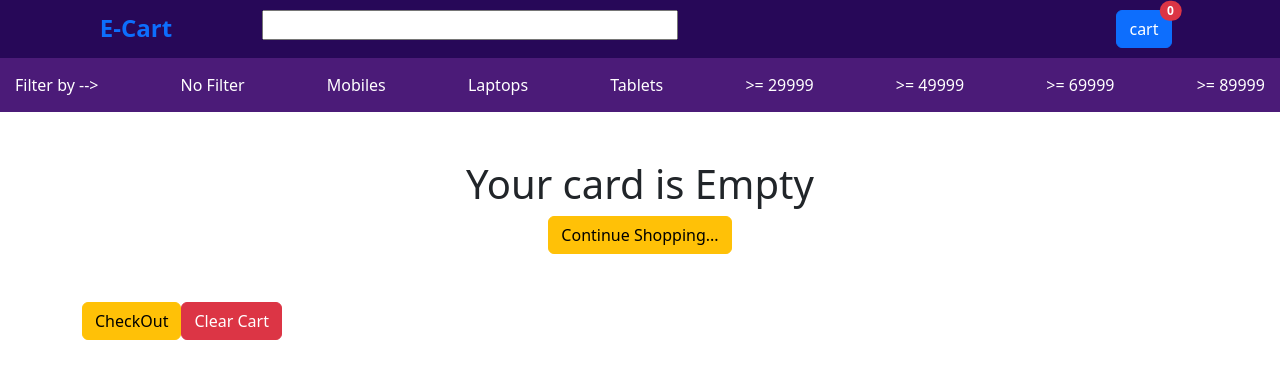
Repository: AMIT1439027/React-ECommerce-cart
Page: /cart
The author's editor kept a copy of each file at every save. The page is drawn from the files as they stood at one save, then again after a run of saves.
The browser window is 1280 px wide. The pictures show the whole page.
The project was rebuilt for these pictures with package versions that can differ from the ones it lists, and the page was loaded fresh each time. Also part of the build but not shown: vite.config.js, src/components/Product.jsx, src/components/ProductDetail.jsx, src/components/Searchitem.jsx.

Above is the page before, as saved 2024-03-14 10:49:10.

After the next 3 saves:
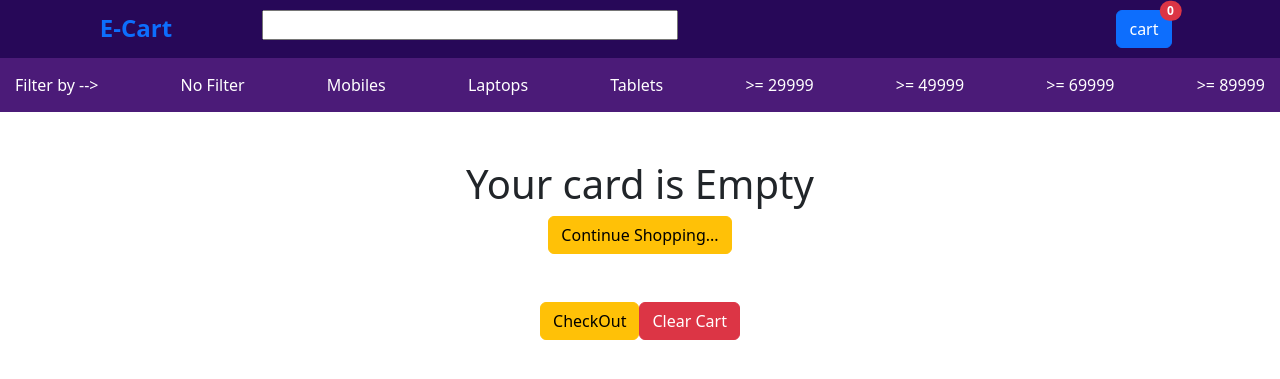
The 3 saves are shown as one change because 1 did not build or start and some came seconds apart.
The last was saved 9 s later.
--- a/src/components/Cart.jsx
+++ b/src/components/Cart.jsx
@@ -44,7 +44,7 @@ const Cart = ({ cart, setCart }) => {
       </div>
 
       <div className="container text-center my-5" style={{display:'flex',
-
+    justifyContent:'center'
     }}>
         <button className="btn btn-warning">CheckOut</button>
         <button onClick={()=>setCart("")} className="btn btn-danger">Clear Cart</button>
